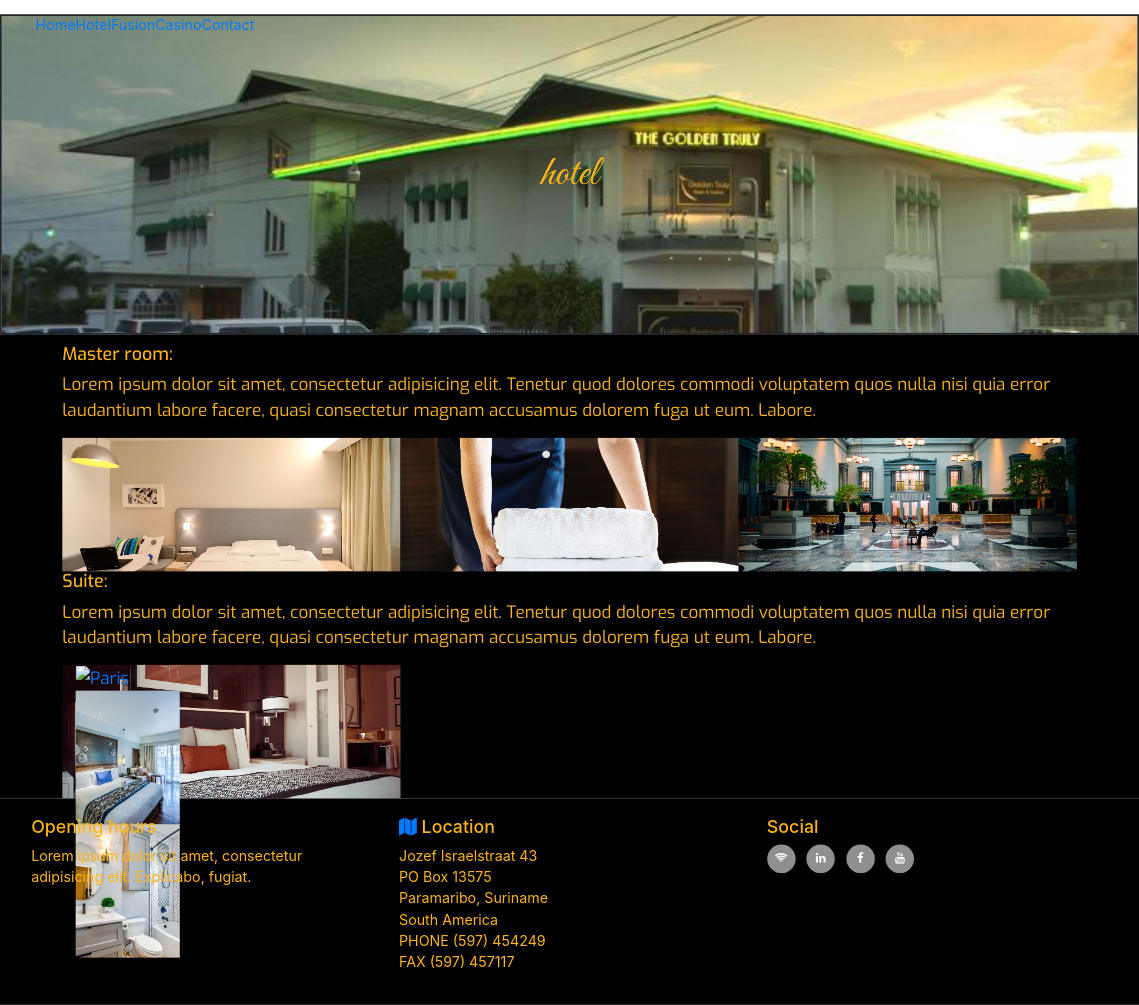
Repository: Code-Institute-Submissions/anthonycaf-Milestone1
Page: hotel.html
The author's editor kept a record of every edit. The page is drawn from the files as they stood at one moment, then again after the next edit.
The browser window is 1280 px wide. The pictures show the whole page, at 89% of full size.

Above is the page before.
Not found: paris.jpg

### hotel.html
<!DOCTYPE html>
<html lang="en">
<head>
    <meta charset="UTF-8">
    <meta name="viewport" content="width=device-width, initial-scale=1.0">
    <meta http-equiv="X-UA-Compatible" content="ie=edge">
    <!--             links/bootstrap/fontawsome    -->
    <link rel="stylesheet" href="https://stackpath.bootstrapcdn.com/font-awesome/4.7.0/css/font-awesome.min.css" type="text/css" />
    <link rel="stylesheet" href="https://stackpath.bootstrapcdn.com/bootstrap/4.3.1/css/bootstrap.min.css" type="text/css" />
    <!--             main/css                      -->
    <link rel="stylesheet" href="./css/style.css" type="text/css" />
    <title>Golden Truly Hotel</title>
</head>
<body>
        <header>
            <div id="nav" class="container-navbar">
                <ul class="nav-bar-menu">
                    <li class="nav-bar-item"><a href="index.html">Home</a></li>
                    <li class="nav-bar-item"><a href="hotel.html">Hotel</a></li>
                    <li class="nav-bar-item"><a href="index.html">Fusion</a></li>
                    <li class="nav-bar-item"><a href="index.html">Casino</a></li>
                    <li class="nav-bar-item"><a href="contact.html">Contact</a></li>
                </ul>
            </nav>
            </div>
             <div class="bg-image-title">
                <a href="index.html" class="img"></a>
                <h1 class="uppercase text-center" id="title">hotel</h1>
            </div>
        </header>
        <main>
       <div class="container">
           <div class="row now gutters">
               <h5 class="uppercase text-center">Master room:</h5>
               <p>Lorem ipsum dolor sit amet, consectetur adipisicing elit.
               Tenetur quod dolores commodi voluptatem quos nulla nisi quia
               error laudantium labore facere, quasi consectetur magnam accusamus
               dolorem fuga ut eum. Labore.</p>
               <div class="master-img1 col-4 bg-img-size">
                <a href="index.html"></a></div>
                <div class="master-img2 col-4 bg-img-size">
                 <a href="hotel.html"></a></div>
                 <div class="master-img3 col-4 bg-img-size">
                  <a href="hotel.html"></a></div>
           </div>
       </div>
        <div class="container">
           <div class="row now gutters">
               <h5 class="uppercase text-center">Suite:</h5>
               <p>Lorem ipsum dolor sit amet, consectetur adipisicing elit.
               Tenetur quod dolores commodi voluptatem quos nulla nisi quia
               error laudantium labore facere, quasi consectetur magnam accusamus
               dolorem fuga ut eum. Labore.</p>
               <div class="suite-img1 col-4 bg-img-size">
               <a target="_blank" href="paris.jpg">
  <img src="paris.jpg" alt="Paris" style="width:150px">
</a>
                <div class="suite-img2 col-4 bg-img-size">
                 <a href="hotel.html"></a></div>
                 <div class="suite-img3 col-4 bg-img-size">
                  <a href="hotel.html"></a></div>
           </div>
       </div>
       </main>
         <footer class="container-fluid">
    <div id="footer-details" class="row">
     <div class="col-sm-4">
      <h5 class="uppercase general-sub">Opening hours</h5>
      <p class="inline-block">
       Lorem ipsum dolor sit amet, consectetur adipisicing elit. Explicabo, fugiat.
      </p>
     </div>
     <div class="col-sm-4">
       <h5 class="uppercase general-sub"> <a href="assets/cv/sample-cv.pdf" target="_blank" class="cv-pdf">
        <i class="fa fa-map marker alt" aria-hidden="true"></i>
        <span class="sr-only">Map link.</span>
       </a>Location</h5>
       <p class="inline-block">Jozef Israelstraat 43<br>
           PO Box 13575<br>
           Paramaribo, Suriname<br>
              South America<br>
            PHONE (597) 454249<br>
              FAX (597) 457117
 </p>

     </div>
     <div class="col-sm-4">
       <h5 class="uppercase general-sub">Social</h5>
       <ul class="list-inline social-links">
           <li class="list-inline-item">
         <a href="#" target="_blank">
          <i class="fa fa-wifi" aria-hidden="true"></i>
          <span class="sr-only">wifi</span>
         </a>
        </li>
        <li class="list-inline-item">
         <a href="#" target="_blank">
          <i class="fa fa-linkedin" aria-hidden="true"></i>
          <span class="sr-only">Linkedin</span>
         </a>
        </li>

        <li class="list-inline-item">
         <a href="#" target="_blank">
          <i class="fa fa-facebook" aria-hidden="true"></i>
          <span class="sr-only">facebook</span>
         </a>
        </li>

        <li class="list-inline-item">
         <a href="#" target="_blank">
          <i class="fa fa-youtube" aria-hidden="true"></i>
          <span class="sr-only">youtube</span>
         </a>
        </li>
       </ul>
     </div>
    </div>
    </footer>


</body>
</html>

### css/style.css
 /*------------google-fonts----------*/

 @import url('https://fonts.googleapis.com/css?family=Exo:100,200,300,400,500,600,700|Great+Vibes&display=swap:100,200,300,400,500,600,700');

 body {
  margin: 0;
 }

 /*------------- images --------------*/

 .master-img1 {
  background-image: url(../images/master1.jpg);
 }

 .master-img2 {
  background-image: url(../images/housekeeping.jpg);
 }

 .master-img3 {
  background-image: url(../images/design-lobby-ceiling.jpg);
 }

 .suite-img1 {
  background-image: url(../images/suit1.jpg);
 }

 .suite-img2 {
  background-image: url(../images/suite2.jpg);
 }

 .suite-img3 {
  background-image: url(../images/suite3.jpg);
 }

 .bg-image-title {
  background: url("../images/golden-truly-hotel.jpg");
 }

 /*------------main----------*/

 main {
  font-family: "Exo", sans-serif;
  font-size: 1.2em;
  width: 100%;
  background-color: #000000;
  color: #fdb517;
  margin: 0 auto;
  padding-top: 10px;

 }

 .bg-image-title {
  background-clip: border-box;
  background-position: center;
  background-repeat: no-repeat;
  background-size: cover;
  transition: all .5s ease-in-out;
  -moz-transition: all .5s ease-in-out;
  -webkit-transition: all .5s ease-in-out;
  height: 360px;
  border: 2px solid;
 }

 #title {
  color: #fdb517;
  font-family: "Great Vibes", sans-serif;
  font-size: 3em;
  text-align: center;
  padding-top: 150px;
 }

 #welcome {
  color: #fdb517;
  font-family: "Great Vibes", sans-serif;
  font-size: 2.5em;

 }

 .dl-list {
  max-width: 70%;
 }
/*------------ Section ------*/
 .section {
  padding-top: 10px;
  padding-bottom: 10px;
  margin: 0 auto;
  max-width: 70%;
 }
 .casino, .fusion {
  margin-bottom: 0;
 }


 /*-----------main nav-bar----------*/

 #nav-bar {
  width: 100vw;
  list-style-type: none;
  margin: 0;
  padding: 0;
  overflow: hidden;
  background-color: #000;
 }

 .nav-bar-item {
  float: left;
 }

 .nav-bar-item .nav-link-item {
  display: inline-block;
  color: #fdb517;
  text-align: center;
  padding: 8px 8px;
  text-decoration: none;
 }

 .nav-bar-item .nav-link-item:hover {
  background-color: #fdb517;
  color: #000000;
  border-radius: 3px;
  transition: all .8s ease-in-out;
 }

 .nav-bar-item {
  display: inline-block;
 }


 dd {
  color: #fafafa;
 }

 .room-services-item {
  margin-bottom: 0px;
  border-bottom-width: 20px;
  padding-bottom: 40px;
 }

 /*----------------iframe -----------*/

 iframe {
  width: 100%;
  height: 360px;
  border: none;
  margin: 0;
 }

 /*-----------main footer----------*/

 .container-fluid {
  background-color: #000000;
  color: #fdb517;

 }

 footer {
  background-color: #525252;
  color: #fafafa;
  min-height: 120px;
  margin: 0;
  padding: 0;
 }

 .social-links {
  padding-bottom: 15px;
 }

 .social-links li a i {
  width: 32px;
  height: 32px;
  padding: 12px 0;
  border-radius: 50%;
  font-size: 13px;
  line-height: 7px;
  text-align: center;
  color: #fafafa;
  background-color: #8f8f8f;
  transition: all 0.35s ease-in-out;
  -moz-transition: all 0.35s ease-in-out;
  -webkit-transition: all 0.35s ease-in-out;
  -o-transition: all 0.35s ease-in-out;
 }

 .social-links li a i:hover {
  background: #fdb517;
 }

 #footer-details {
  padding: 20px;
 }

 /*-----------hotel.html----------*/

 .bg-img-size {

  background-clip: border-box;
  background-position: center;
  background-repeat: no-repeat;
  background-size: cover;
  width: 33.3%;
  height: 150px;
 }


 /*----------- contact.html/form --------*/

 .contact-heading,
 .contact-thanks {
  font-family: "Great Vibes", sans-serif;
  font-weight: 300;
  margin-top: 25px;
  margin-bottom: 20px;

 }

 form {
  padding-top: 10px;
  margin: 0 auto;
  max-width: 70%;
 }

 button[type="submit"] {
  margin-top: 15px;
  margin-bottom: 20px;
  color: #fdb517;
  background-color: #000000;

 }

 /*-------------------------------------Media queries*/

 @media(min-width: 992px) {
  .center-form {
   padding-top: 30px;
   min-height: 240px;
   margin: 0 auto;
   max-width: 50%;
  }
  .section {
   padding-top: 30px;
   padding-bottom: 30px;
   margin: 0 auto;
   max-width: 70%;
  }
  .dl-list {
   max-width: 70%;
  }
  .nav-bar-item .nav-link-item {
   padding: 14px 16px;
  }
 }

After the next edit:
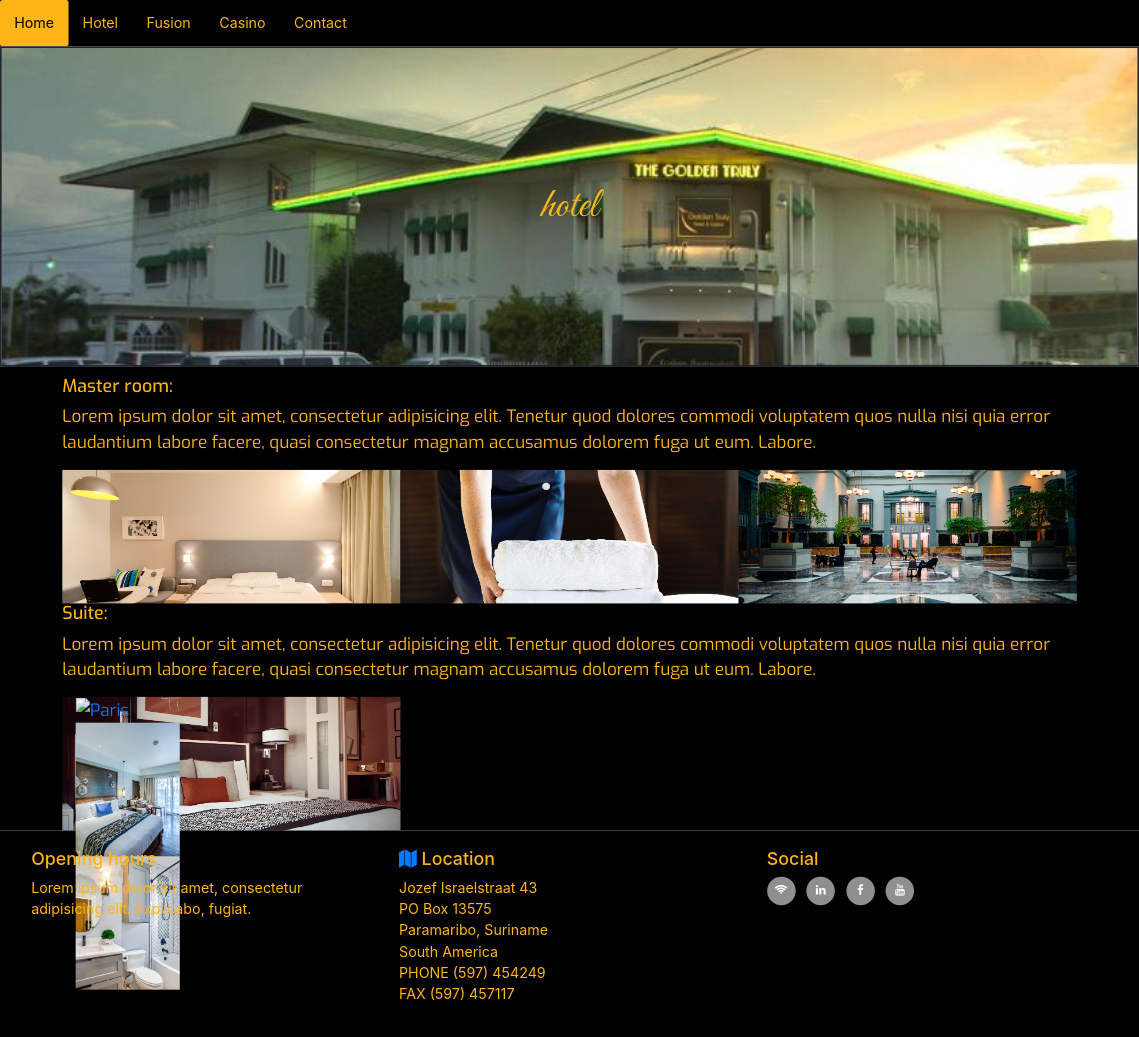
The edit:
--- a/hotel.html
+++ b/hotel.html
@@ -13,16 +13,13 @@
 </head>
 <body>
         <header>
-            <div id="nav" class="container-navbar">
-                <ul class="nav-bar-menu">
-                    <li class="nav-bar-item"><a href="index.html">Home</a></li>
-                    <li class="nav-bar-item"><a href="hotel.html">Hotel</a></li>
-                    <li class="nav-bar-item"><a href="index.html">Fusion</a></li>
-                    <li class="nav-bar-item"><a href="index.html">Casino</a></li>
-                    <li class="nav-bar-item"><a href="contact.html">Contact</a></li>
-                </ul>
-            </nav>
-            </div>
+             <ul Id="nav-bar">
+   <li class="nav-bar-item"><a class="nav-link-item" href="index.html">Home</a></li>
+   <li class="nav-bar-item"><a class="nav-link-item" href="hotel.html">Hotel</a></li>
+   <li class="nav-bar-item"><a class="nav-link-item" href="fusion.html">Fusion</a></li>
+   <li class="nav-bar-item"><a class="nav-link-item" href="casino.html">Casino</a></li>
+   <li class="nav-bar-item"><a class="nav-link-item" href="contact.html">Contact</a></li>
+  </ul>
              <div class="bg-image-title">
                 <a href="index.html" class="img"></a>
                 <h1 class="uppercase text-center" id="title">hotel</h1>
